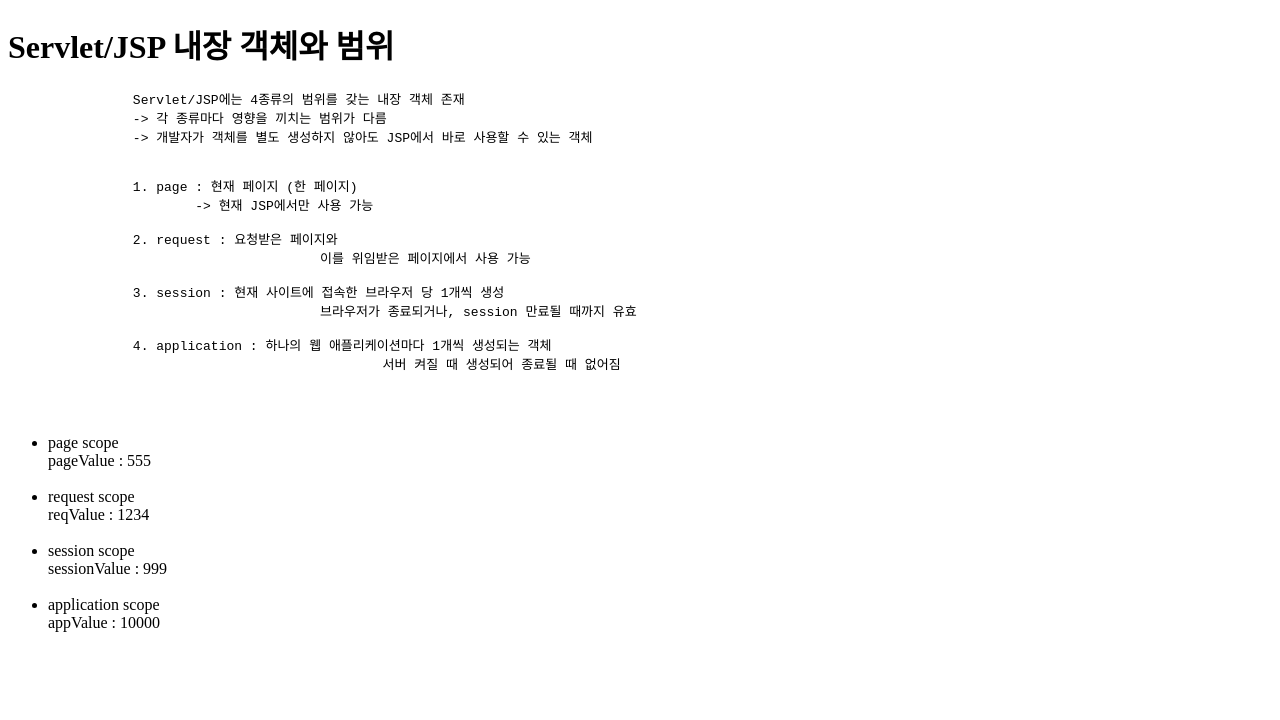
Repository: Rabsterd/6_Server
Page: http://localhost/JSPProject2/scope
The author's editor kept a copy of each file at every save. The page is drawn from the files as they stood at one save, then again after the next save.
The browser window is 1280 px wide. The pictures show the whole page.
The page is served by Tomcat 9. Other server files are loaded and not shown.

Above is the page before, as saved 2023-09-19 02:37:19.

### JSPProject2/src/main/webapp/WEB-INF/views/scope/scope.jsp
<%@ page language="java" contentType="text/html; charset=UTF-8"
    pageEncoding="UTF-8"%>
<!DOCTYPE html>
<html>
<head>
<meta charset="UTF-8">
<title>Servlet/JSP 내장 객체와 범위</title>
</head>
<body>
	<h1>Servlet/JSP 내장 객체와 범위</h1>

	<pre>
		Servlet/JSP에는 4종류의 범위를 갖는 내장 객체 존재
		-> 각 종류마다 영향을 끼치는 범위가 다름
		-> 개발자가 객체를 별도 생성하지 않아도 JSP에서 바로 사용할 수 있는 객체


		1. page : 현재 페이지 (한 페이지)
			-> 현재 JSP에서만 사용 가능

		2. request : 요청받은 페이지와
					이를 위임받은 페이지에서 사용 가능

		3. session : 현재 사이트에 접속한 브라우저 당 1개씩 생성
					브라우저가 종료되거나, session 만료될 때까지 유효

		4. application : 하나의 웹 애플리케이션마다 1개씩 생성되는 객체
						서버 켜질 때 생성되어 종료될 때 없어짐


	</pre>

	<ul>
		<li>
			page scope <br>

			<%
				// pageContext : page scope 객체
				pageContext.setAttribute("pageValue", 555);

				pageContext.setAttribute("str", "page 범위에 세팅된 문자열");
			%>

			pageValue : ${pageScope.pageValue}
		</li>

		<br>

		<li>
			request scope <br>
			reqValue : ${requestScope.reqValue}
		</li>

		<br>

		<li>
			session scope <br>
			sessionValue : ${sessionScope.sessionValue}
		</li>

		<br>

		<li>
			application scope <br>
			appValue : ${applicationScope.appValue}
		</li>
	</ul>
</body>
</html>

### JSPProject2/src/main/java/edu/kh/jsp/controller/ScopeController.java
package edu.kh.jsp.controller;

import java.io.IOException;

import javax.servlet.RequestDispatcher;
import javax.servlet.ServletContext;
import javax.servlet.ServletException;
import javax.servlet.annotation.WebServlet;
import javax.servlet.http.HttpServlet;
import javax.servlet.http.HttpServletRequest;
import javax.servlet.http.HttpServletResponse;
import javax.servlet.http.HttpSession;

// 서블릿 매핑에서 유효하지 않은 url pattern
// -> 매핑할 주소 제일 앞에 "/" 반드시 작성
// -> 쓰지 않으면 에러남
@WebServlet("/scope")
public class ScopeController extends HttpServlet{

	@Override
	protected void doGet(HttpServletRequest req, HttpServletResponse resp) throws ServletException, IOException {

		RequestDispatcher dispatcher = req.getRequestDispatcher("/WEB-INF/views/scope/scope.jsp");


		// 1. page scope -> JSP에서 확인


		// 2. request scope -> 요청받은 페이지 + 위임받은 페이지
		req.setAttribute("reqValue", "1234");


		// 3. session scope -> 브라우저당 1개
		//					-> 브라우저 종료 또는 session 만료까지 유지

		// session 객체 얻어오는 방법
		HttpSession session = req.getSession();

		session.setAttribute("sessionValue", "999");


		// 4. application scope -> 서버가 켜져있는 동안 유지

		// application 객체를 얻어오는 방법
		// -> request, session 객체에서 얻어오기 가능
		ServletContext application = req.getServletContext();
		//ServletContext application = session.getServletContext();
		application.setAttribute("appValue", 10000);

		// ** 모든 scope는 속성을 세팅하고 얻어오는 방법 동일!!! **




		// 모든 범위에 같은 key로 속성 세팅
		req.setAttribute("str", "request 범위에 세팅된 문자열");

		session.setAttribute("str","session범위에 세팅된 문자열");

		application.setAttribute("str","session범위에 세팅된 문자열");





		dispatcher.forward(req, resp);
	}
}

After the next save:
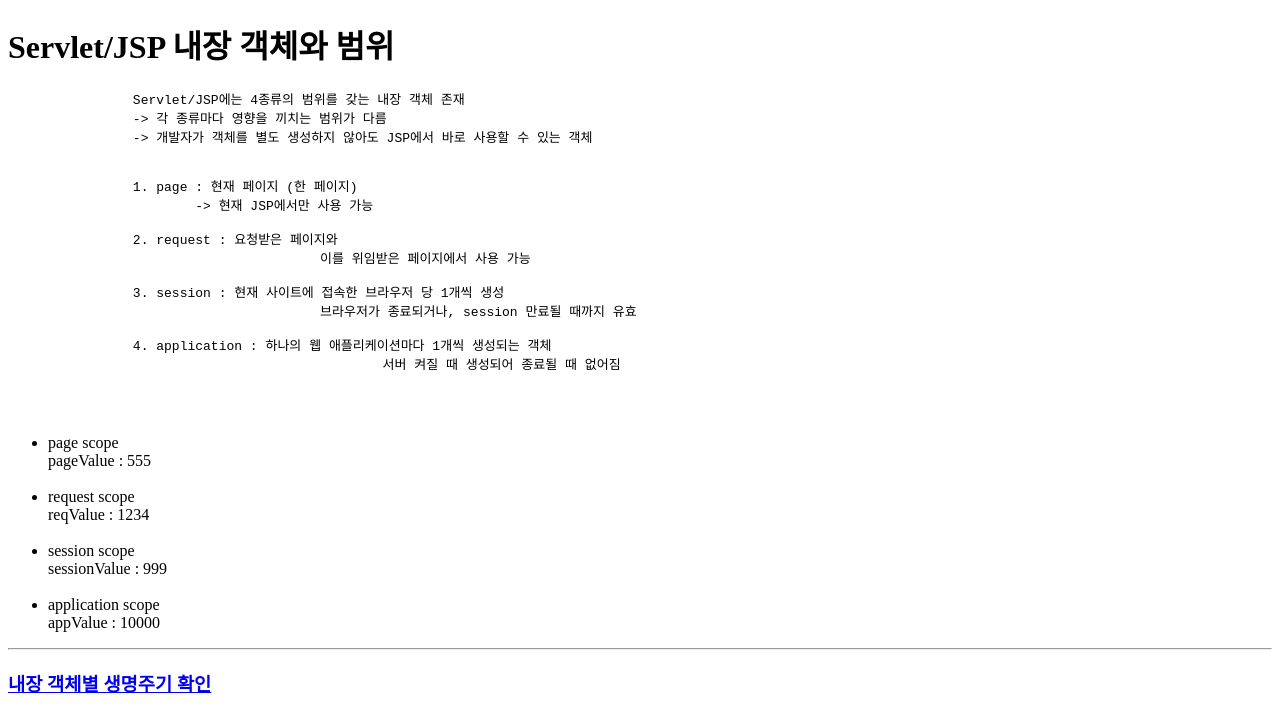
Saved 11 s later.
--- a/JSPProject2/src/main/webapp/WEB-INF/views/scope/scope.jsp
+++ b/JSPProject2/src/main/webapp/WEB-INF/views/scope/scope.jsp
@@ -65,5 +65,12 @@
 			appValue : ${applicationScope.appValue}
 		</li>
 	</ul>
+
+
+	<hr>
+
+	<h3>
+		<a href="scopeCheck">내장 객체별 생명주기 확인</a>
+	</h3>
 </body>
 </html>
